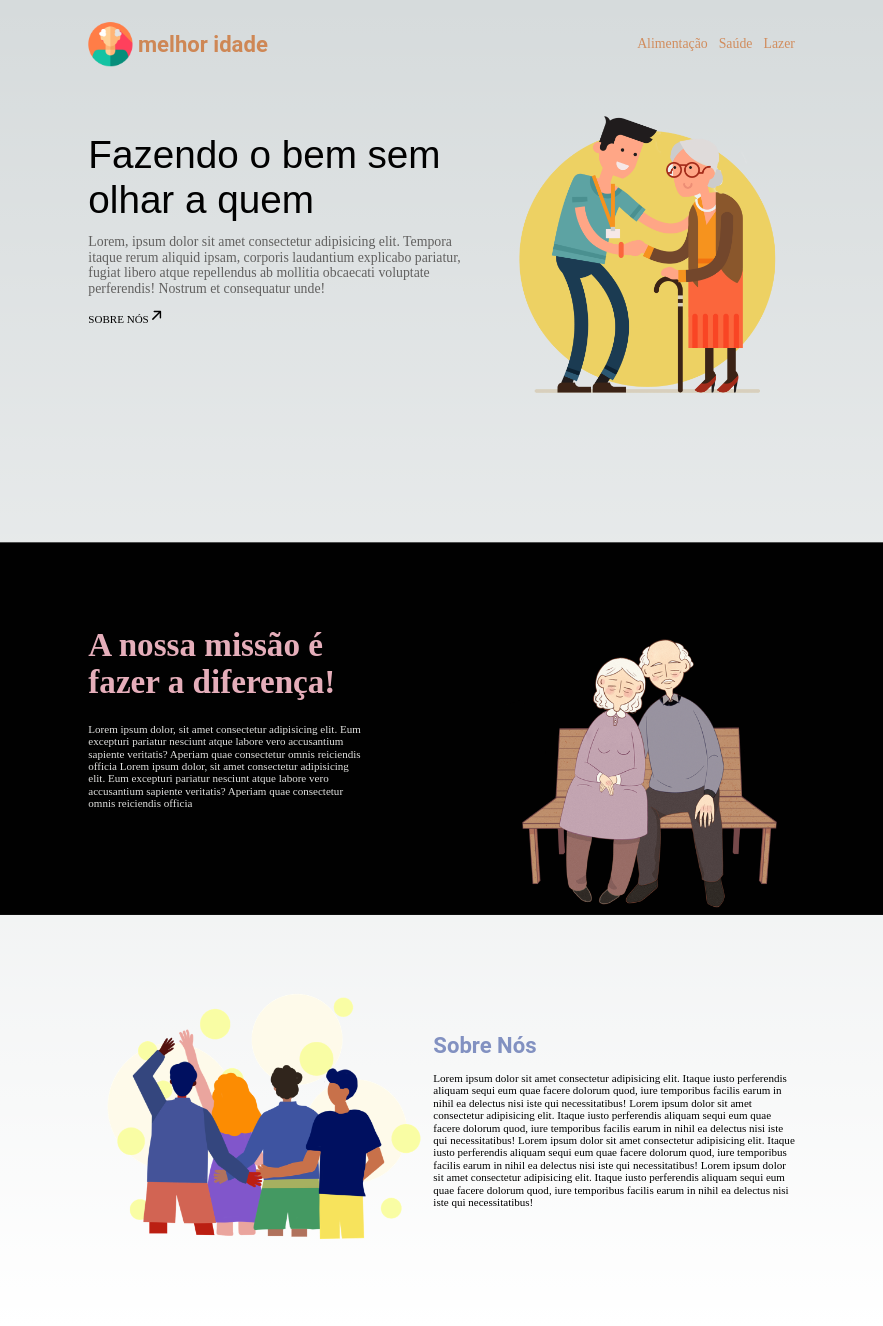
Repository: Giopol12/melhor-idade-online
Page: /index.page
An editor plug-in stored every save of this project. The page is shown before and after the next save, followed by the edit.
The browser window is 1280 px wide. The pictures show the whole page, at 69% of full size.
The project was rebuilt for these pictures with package versions that can differ from the ones it lists, and the page was loaded fresh each time. The framework's server and built-in components were replaced by stand-ins that run in the browser. Also part of the build but not shown: next.config.js.

Above is the page before, as saved 2023-11-22 09:09:00.

After the next save:
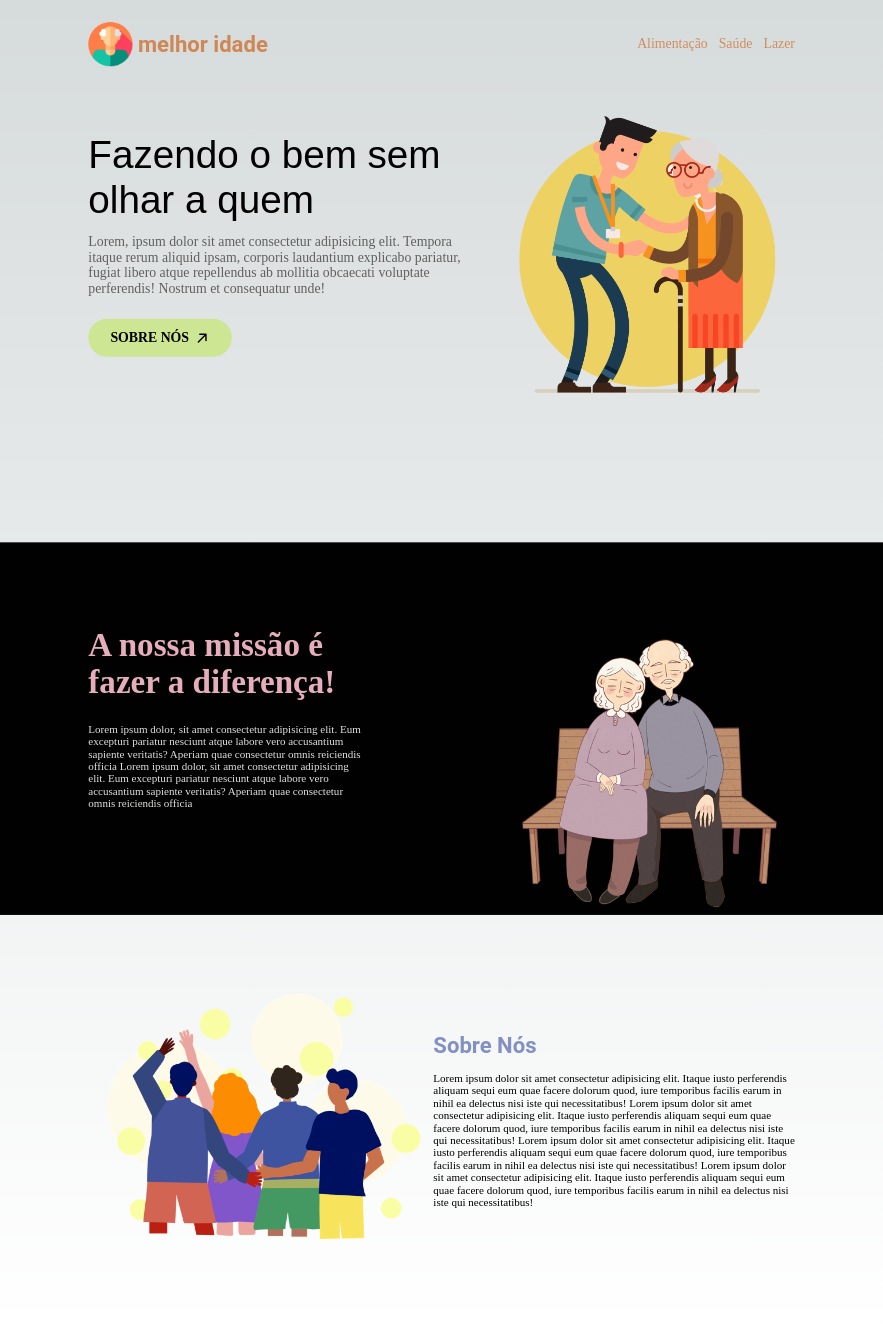
Saved 20 s later.
--- a/src/pages/home/HomeMain/styles.ts
+++ b/src/pages/home/HomeMain/styles.ts
@@ -24,7 +24,7 @@ export const ContentContainer = styled('div', {
     fontSize: '$lg',
     color: '$gray500',
   },
-  button: {
+  a: {
     marginTop: '1rem',
     display: 'flex',
     justifyContent: 'center',
@@ -38,13 +38,12 @@ export const ContentContainer = styled('div', {
     border: 0,
     borderRadius: '9999px',
     padding: '1rem 2rem',
+    textDecoration: 'none',
+    color: '$gray900',
     '&:hover': {
       filter: 'brightness(0.8)',
       cursor: 'pointer',
     },
-    a: {
-      textDecoration: 'none',
-      color: '$gray900',
-    },
+    a: {},
   },
 })
